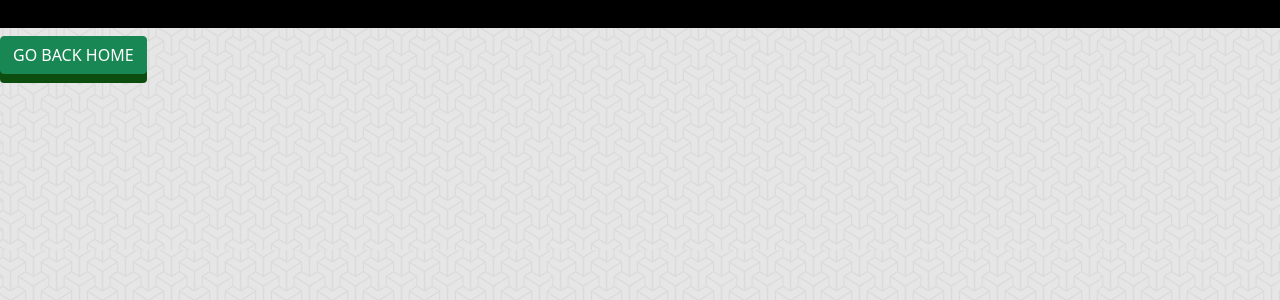
Repository: kavine24/CS490-Python-LMS
Page: html/portal/s/ReviewQuiz.html
These files come from the project's save history. The page is drawn as it stood at one moment and after the next save; the edit follows.
The browser window is 1280 px wide. The pictures show the whole page.
The page's requests for data from a server got no answer.

Above is the page before, as saved 2022-04-12 19:02:54.

### html/portal/s/ReviewQuiz.html
<!DOCTYPE html>
<html>
  <head>
    <title>Review Exam</title>
    <link rel="stylesheet" href="/style.css">

    <link href="https://cdn.jsdelivr.net/npm/bootstrap@5.1.3/dist/css/bootstrap.min.css" rel="stylesheet" integrity="sha384-1BmE4kWBq78iYhFldvKuhfTAU6auU8tT94WrHftjDbrCEXSU1oBoqyl2QvZ6jIW3" crossorigin="anonymous">
  </head>
  <body>
    <h1 id="header" class="header"></h1>
    <main id="review">
      <a id="goBackHome" href="http://cs490testcenter.ddns.net:50000/portal/s/Home.php">
        <button class="btn btn-success submit">GO BACK HOME</button>
      </a>
    </main>

    <script>

      const urlParams = new URLSearchParams(window.location.search);
      var requestType = 'ReviewExamFTM';
      const examID = urlParams.get('examID');

      function displayExams(){
        const data = {examID, requestType};

        const options = {
          method:'POST',
          headers: {
              "Content-type": "application/json; charset=UTF-8"
          },
          body: JSON.stringify(data)
        };

        fetch('http://cs490testcenter.ddns.net:50000/portal/frontBrowser.php', options)
        .then(response => {
          return response.json();
        })
        .then(data => {
          console.log(data);
          const header = document.getElementById("header");
          header.innerHTML = data.examData.examName;

          const points = document.createTextNode("Grade: " + data.examData.PointsEarned + "/" + data.examData.TotalPoints);
          document.getElementById('review').insertBefore(points, document.getElementById("goBackHome"));
          document.getElementById('review').insertBefore(document.createElement("br"), document.getElementById("goBackHome"));
          document.getElementById('review').insertBefore(document.createElement("br"), document.getElementById("goBackHome"));
          // points.setAttribute("class", "");

          for(let i = 0; i < data.answers.length; i++){
            const div = document.createElement("div");

            const question = document.createElement("label");
            question.setAttribute("class", "container")

            question.appendChild(document.createTextNode("Question " + (i+1)));
            question.appendChild(document.createElement("br"));

            question.appendChild(document.createTextNode(data.answers[i].pointsCorrect + " / " + data.answers[i].points));
            question.appendChild(document.createElement("br"));

            question.appendChild(document.createTextNode("Type: " + data.answers[i].type));
            question.appendChild(document.createElement("br"));

            question.appendChild(document.createTextNode("Difficulty: " + data.answers[i].difficulty));
            question.appendChild(document.createElement("br"));

            question.appendChild(document.createTextNode("Question: " + data.answers[i].question));
            question.appendChild(document.createElement("br"));

            input = document.createElement("textarea");
            input.readOnly = "true";
            input.setAttribute("rows", "15");
            input.setAttribute("cols", "95");
            input.innerHTML = data.answers[i].answer;

            question.appendChild(document.createElement("br"));
            question.appendChild(input);

            question.appendChild(document.createElement("br"));
            question.appendChild(document.createTextNode("Comments: " + data.answers[i].comments));

            div.appendChild(question);

            if(data.answers[i].pointsTable.length > 0){
              const reviewTable = document.createElement("table");
              reviewTable.setAttribute("class", "table");

              const reviewTableHead = document.createElement("thead");
              const tableRow1 = document.createElement("tr");
              tableRow1.setAttribute("class", "filters");

              const tableHeader1 = document.createElement("th");
              tableHeader1.innerHTML = "Case #";

              const tableHeader2 = document.createElement("th");
              tableHeader2.innerHTML = "Input";

              const tableHeader3 = document.createElement("th");
              tableHeader3.innerHTML = "Expected";

              const tableHeader4 = document.createElement("th");
              tableHeader4.innerHTML = "Recieved";

              const tableHeader5 = document.createElement("th");
              tableHeader5.innerHTML = "Points Earned";

              tableRow1.appendChild(tableHeader1);
              tableRow1.appendChild(tableHeader2);
              tableRow1.appendChild(tableHeader3);
              tableRow1.appendChild(tableHeader4);
              tableRow1.appendChild(tableHeader5);

              reviewTableHead.appendChild(tableRow1);
              reviewTable.appendChild(reviewTableHead);

              const tableBody = document.createElement("tbody");

              for(let j = 0; j < data.answers[i].pointsTable.length; j++) {
                const tableRowTR = document.createElement("tr");

                const tableBody1 = document.createElement("td");
                tableBody1.innerHTML = j + 1;

                const tableBody2 = document.createElement("td");
                tableBody2.innerHTML = data.answers[i].pointsTable[j].input;

                const tableBody3 = document.createElement("td");
                tableBody3.innerHTML = data.answers[i].pointsTable[j].expected;

                const tableBody4 = document.createElement("td");
                tableBody4.innerHTML = data.answers[i].pointsTable[j].recieved;

                const tableBody5 = document.createElement("td");
                tableBody5.innerHTML = data.answers[i].pointsTable[j].correct;

                tableRowTR.appendChild(tableBody1);
                tableRowTR.appendChild(tableBody2);
                tableRowTR.appendChild(tableBody3);
                tableRowTR.appendChild(tableBody4);
                tableRowTR.appendChild(tableBody5);

                tableBody.appendChild(tableRowTR);
              }
              reviewTable.appendChild(tableBody);

              const tableRowContraints = document.createElement("tr");

              const tableHead1 = document.createElement("th");
              tableHead1.innerHTML = "Other Criteria";

              const tableHead2 = document.createElement("th");
              tableHead2.innerHTML = "Criteria Check";

              const tableHead3 = document.createElement("th");
              tableHead3.innerHTML = "Points Earned";

              tableRowContraints.appendChild(tableHead1);
              tableRowContraints.appendChild(tableHead2);
              tableRowContraints.appendChild(tableHead3);

              tableBody.appendChild(tableRowContraints);

              if (data.answers[i].fNeeded == "1") {
                const tableCriteria = document.createElement("tr");

                const tableBody1 = document.createElement("td");
                tableBody1.innerHTML = "For Loop";

                const tableBody2 = document.createElement("td");
                tableBody2.innerHTML = data.answers[i].fCorrect == "1" ? "Yes" : "No";

                tableCriteria.appendChild(tableBody1);
                tableCriteria.appendChild(tableBody2);

                tableBody.appendChild(tableCriteria);
              }

              if (data.answers[i].wNeeded == "1") {
                const tableCriteria = document.createElement("tr");

                const tableBody1 = document.createElement("td");
                tableBody1.innerHTML = "While Loop";

                const tableBody2 = document.createElement("td");
                tableBody2.innerHTML = data.answers[i].wCorrect == "1" ? "Yes" : "No";

                tableCriteria.appendChild(tableBody1);
                tableCriteria.appendChild(tableBody2);

                tableBody.appendChild(tableCriteria);
              }

              if (data.answers[i].rNeeded == "1") {
                const tableCriteria = document.createElement("tr");

                const tableBody1 = document.createElement("td");
                tableBody1.innerHTML = "Recursion";

                const tableBody2 = document.createElement("td");
                tableBody2.innerHTML = data.answers[i].rCorrect == "1" ? "Yes" : "No";

                tableCriteria.appendChild(tableBody1);
                tableCriteria.appendChild(tableBody2);

                tableBody.appendChild(tableCriteria);
              }

              const tableCriteriaContraints = document.createElement("tr");

              const tableBodyC1 = document.createElement("td");
              tableBodyC1.innerHTML = "All Constraints";

              const tableBodyC2 = document.createElement("td");
              tableBodyC2.innerHTML = data.answers[i].constraintsCorrect == "1" ? "Yes" : "No";

              const tableBodyC3 = document.createElement("td");
              tableBodyC3.innerHTML = data.answers[i].constraintsCorrect == "1" ? data.answers[i].points * 0.1 : 0;

              tableCriteriaContraints.appendChild(tableBodyC1);
              tableCriteriaContraints.appendChild(tableBodyC2);
              tableCriteriaContraints.appendChild(tableBodyC3);

              tableBody.appendChild(tableCriteriaContraints);



              const tableCriteriaHeader = document.createElement("tr");

              const tableBodyF1 = document.createElement("td");
              tableBodyF1.innerHTML = "Function Header";

              const tableBodyF2 = document.createElement("td");
              tableBodyF2.innerHTML = data.answers[i].headerCorrect == "1" ? "Yes" : "No";

              const tableBodyF3 = document.createElement("td");
              tableBodyF3.innerHTML = data.answers[i].headerCorrect == "1" ? data.answers[i].points * 0.1 : 0;

              tableCriteriaHeader.appendChild(tableBodyF1);
              tableCriteriaHeader.appendChild(tableBodyF2);
              tableCriteriaHeader.appendChild(tableBodyF3);

              tableBody.appendChild(tableCriteriaHeader);

              question.appendChild(reviewTable);


            }else{
              question.appendChild(document.createElement("br"));
              question.appendChild(document.createTextNode("This Question has not been autograded"));
            }

            document.getElementById("review").insertBefore(div, document.getElementById("goBackHome"));
            document.getElementById("review").insertBefore(document.createElement("br"), document.getElementById("goBackHome"));
            document.getElementById("review").insertBefore(document.createElement("br"), document.getElementById("goBackHome"));
          }
        })
        .catch((error) => {
          console.error('Error:', error);
        });

      };

      displayExams();
    </script>
  </body>
</html>

### html/style.css
body {
  background-image: url(portal/pictures/background.jpg);
}

.header {
  color: #97BC62FF;
  background-color: black;
  padding: 14px 16px;
  margin-top: 0px;
}

.submit, .userSubmit, .examTakeButtons, .examReviewButtons {
  padding: 10px 10px;
  margin: 0px 0px 15px 0px;
  font-size: 20px;
  cursor: pointer;
  text-decoration: none;
  outline: none;
  color: #fff;
  background-color: #4CAF50;
  border: none;
  border-radius: 12px;
  box-shadow: 0 9px #0e4d10;
}

.submit:hover, .userSubmit:hover {
  background-color: #215f23;
  box-shadow: 0 9px #1f9923;
}

.submit:active, .userSubmit:active {
  box-shadow: 0 5px #1C7F20;
  transform: translateY(4px)
}

.panel-heading, .panel-title {
  border-color: #4CAF50 !important;
  background-color: #0e4d10 !important;
}

/* .panel-title th {
  border-color: #1f9923;
  background-color: #1C7F20;
} */

.btn-primary {
  background-color: #0e4d10 !important;
  border-color: #4CAF50 !important;
}

.btn-success {
  background-color: #198754 !important;
  border-color: #198754 !important;
}

#submit {
  margin: 20px 0px;
}

.filterable {
  margin-top: 15px;
}

.filterable .panel-heading .pull-right {
  margin-top: -20px;
}

.filterable .filters input[disabled] {
  background-color: transparent;
  border: none;
  cursor: auto;
  box-shadow: none;
  padding: 0;
  height: auto;
}
.filterable .filters input[disabled]::-webkit-input-placeholder {
  color: #333;
}
.filterable .filters input[disabled]::-moz-placeholder {
  color: #333;
}
.filterable .filters input[disabled]:-ms-input-placeholder {
  color: #333;
}

.container {
  background-color: #a2a2a2;
  background-image: url(portal/pictures/divimage.jpg);
  padding: 14px 16px;
}

/* body {
  background-image: url(portal/pictures/background.jpg);
  text-align: center;
  margin: auto;
}

#indexLog, h1 {
  color: #97BC62FF;
  margin: 0;
  overflow: hidden;
  background-color: black;
  padding: 14px 16px;
  text-align: center;
}

.forms {
  text-align: center;
  display: inline-block;
  overflow-wrap: break-word;
}

.credentialStyle {
  color: #97BC62FF;
  margin: 0;
  padding: 0px 0px 20px;
  font-size: 20px;
  text-shadow: .5px .5px 0 #000;
}

.submit, .userSubmit, .examTakeButtons, .examReviewButtons {
  display: inline-block;
  padding: 15px 25px;
  font-size: 24px;
  cursor: pointer;
  text-align: center;
  text-decoration: none;
  outline: none;
  color: #fff;
  background-color: #4CAF50;
  border: none;
  border-radius: 12px;
  box-shadow: 0 9px #1C7F20;
  margin: 10px 0px;
}

.submit:hover, .userSubmit:hover {
  background-color: #3e8e41;
  box-shadow: 0 9px #1C7F20;
}

.submit:active, .userSubmit:active {
  box-shadow: 0 5px #1C7F20;
  transform: translateY(4px)
}

#createQuestionForm {
  padding: 10px;
  text-align: center;
}

div {
  border-radius: 5px;
  background-color: #a2a2a2;
  background-image: url(portal/pictures/divimage.jpg);
  padding: 20px;
  text-align: center;
  display: inline-block;
  max-width: 750px;
}

.centered {
  position: absolute;
  top: 50%;
  left: 50%;
  transform: translate(-50%, -50%);
  text-align: center;
  display: inline-block;
}

.centeredsearch {
  position: absolute;
  top: 15%;
  left: 50%;
  transform: translate(-50%, -50%);
  text-align: center;
  display: inline-block;
}

.left {
  left: 0;
  display: inline-block;
}


.right {
  right: 0;
  display: inline-block;
}

.split {
  height: 100%;
  width: 50%;
  position: absolute;
}
table , th, td{
  border: 1px solid;
  width: 100%;
} */

After the next save:
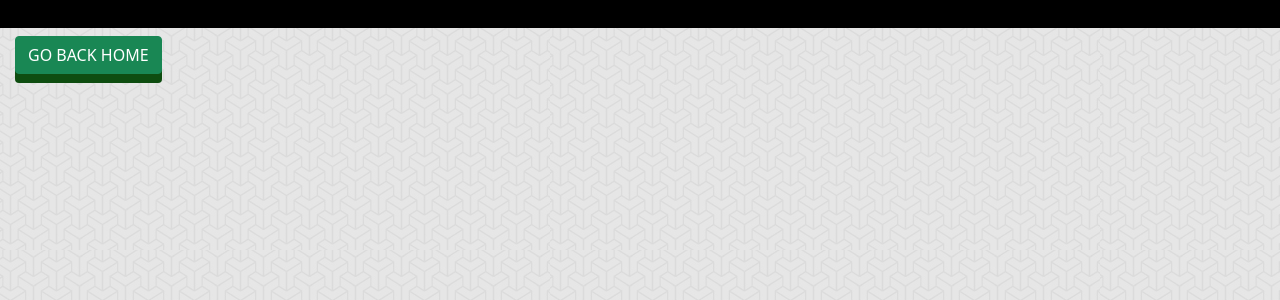
Saved 18 s later.
--- a/html/style.css
+++ b/html/style.css
@@ -57,6 +57,10 @@ body {
   margin: 20px 0px;
 }
 
+#goBackHome {
+  margin: 20px 15px;
+}
+
 .filterable {
   margin-top: 15px;
 }
